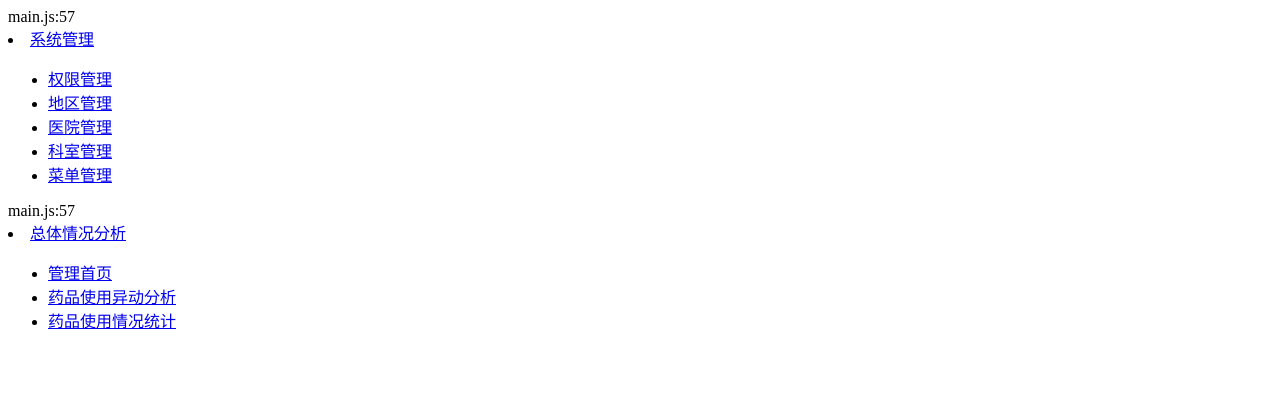
Repository: gongcrystal/medeasy
Page: WSMedEasy20171103/medeasy/medeasy-web/src/main/webapp/WEB-INF/templates/linshi.html
The author's editor kept a copy of each file at every save. The page is drawn from the files as they stood at one save, then again after the next save.
The browser window is 1280 px wide. The pictures show the whole page.

Above is the page before, as saved 2017-11-17 08:01:03.

After the next save:
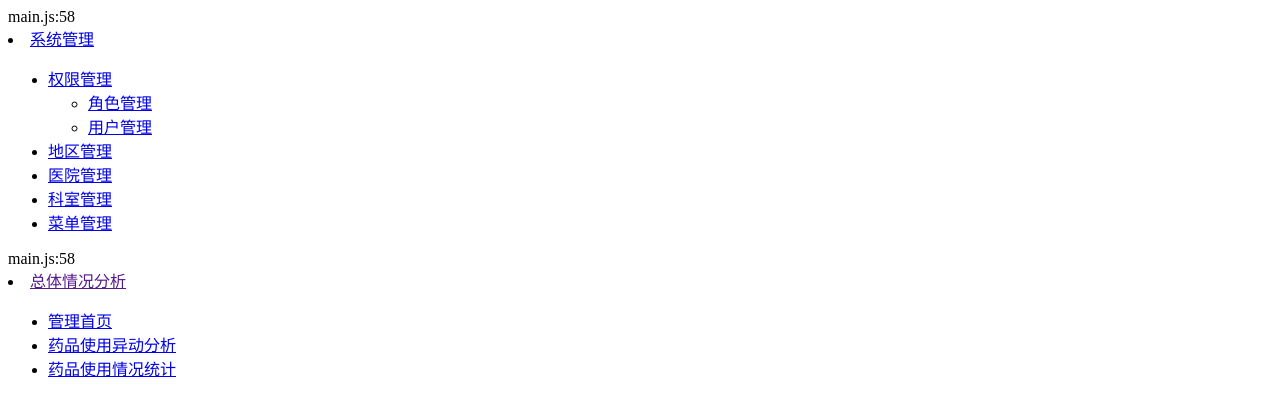
Saved 41 min 47 s later.
--- a/WSMedEasy20171103/medeasy/medeasy-web/src/main/webapp/WEB-INF/templates/linshi.html
+++ b/WSMedEasy20171103/medeasy/medeasy-web/src/main/webapp/WEB-INF/templates/linshi.html
@@ -5,7 +5,7 @@
 <title>Insert title here</title>
 </head>
 <body>
-	main.js:57
+	main.js:58
 	<li class="">
 		<a href="# " class="dropdown-toggle">
 			<i class="menu-icon fa  fa-desktop blue"></i><span class="menu-text">系统管理</span><b class="arrow fa fa-angle-down"></b>
@@ -14,58 +14,73 @@
 		<ul class="submenu">
 			<li class="">
 				<a href="a" class="dropdown-toggle">
-					<i class="menu-icon fa fa-caret-right"></i> 权限管理<b class="arrow fa fa-angle-down"></b>
+					<i class="menu-icon fa  fa-lock black"></i><span class="menu-text">权限管理</span><b class="arrow fa fa-angle-down"></b>
+				</a>
+				<b class="arrow"></b>
+				<ul class="submenu">
+					<li class="">
+						<a href="# ">
+							<i class="menu-icon fa  fa-key orange"></i><span class="menu-text">角色管理</span>
+						</a>
+						<b class="arrow"></b>
+					</li>
+					<li class="">
+						<a href="# ">
+							<i class="menu-icon fa  fa-users green"></i><span class="menu-text">用户管理</span>
+						</a>
+						<b class="arrow"></b>
+					</li>
+			</li>
+		</ul>
+	</li>
+	<li class="">
+		<a href="# ">
+			<i class="menu-icon fa  fa-caret-right blue"></i><span class="menu-text">地区管理</span>
+		</a>
+		<b class="arrow"></b>
+	</li>
+	<li class="">
+		<a href="# ">
+			<i class="menu-icon fa  fa-caret-right blue"></i><span class="menu-text">医院管理</span>
+		</a>
+		<b class="arrow"></b>
+	</li>
+	<li class="">
+		<a href="# ">
+			<i class="menu-icon fa  fa-caret-right blue"></i><span class="menu-text">科室管理</span>
+		</a>
+		<b class="arrow"></b>
+	</li>
+	<li class="">
+		<a href="# ">
+			<i class="menu-icon fa  fa-caret-right blue"></i><span class="menu-text">菜单管理</span>
+		</a>
+		<b class="arrow"></b>
+	</li>
+	</ul>
+	</li>
+	main.js:58
+	<li class="">
+		<a href="" class="dropdown-toggle">
+			<i class="menu-icon fa  fa-credit-card green"></i><span class="menu-text">总体情况分析</span><b class="arrow fa fa-angle-down"></b>
+		</a>
+		<b class="arrow"></b>
+		<ul class="submenu">
+			<li class="">
+				<a href="b">
+					<i class="menu-icon fa  fa-caret-right blue"></i><span class="menu-text">管理首页</span>
 				</a>
 				<b class="arrow"></b>
 			</li>
 			<li class="">
 				<a href="# ">
-					<i class="menu-icon fa fa-caret-right"></i> 地区管理
+					<i class="menu-icon fa  fa-caret-right blue"></i><span class="menu-text">药品使用异动分析</span>
 				</a>
 				<b class="arrow"></b>
 			</li>
 			<li class="">
 				<a href="# ">
-					<i class="menu-icon fa fa-caret-right"></i> 医院管理
-				</a>
-				<b class="arrow"></b>
-			</li>
-			<li class="">
-				<a href="# ">
-					<i class="menu-icon fa fa-caret-right"></i> 科室管理
-				</a>
-				<b class="arrow"></b>
-			</li>
-			<li class="">
-				<a href="# ">
-					<i class="menu-icon fa fa-caret-right"></i> 菜单管理
-				</a>
-				<b class="arrow"></b>
-			</li>
-		</ul>
-	</li>
-	main.js:57
-	<li class="">
-		<a href="b" class="dropdown-toggle">
-			<i class="menu-icon fa  fa-lock black"></i><span class="menu-text">总体情况分析</span><b class="arrow fa fa-angle-down"></b>
-		</a>
-		<b class="arrow"></b>
-		<ul class="submenu">
-			<li class="">
-				<a href="# ">
-					<i class="menu-icon fa fa-caret-right"></i> 管理首页
-				</a>
-				<b class="arrow"></b>
-			</li>
-			<li class="">
-				<a href="# ">
-					<i class="menu-icon fa fa-caret-right"></i> 药品使用异动分析
-				</a>
-				<b class="arrow"></b>
-			</li>
-			<li class="">
-				<a href="# ">
-					<i class="menu-icon fa fa-caret-right"></i> 药品使用情况统计
+					<i class="menu-icon fa  fa-caret-right blue"></i><span class="menu-text">药品使用情况统计</span>
 				</a>
 				<b class="arrow"></b>
 			</li>
